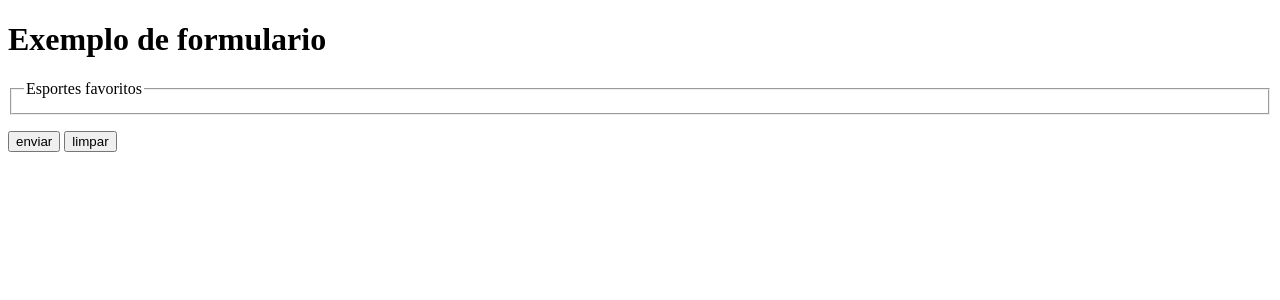
Repository: Lucianorodriguesdev/cursoHTML-CSS
Page: ex025/form005.html
An editor plug-in stored every save of this project. The page is shown before and after the next save, followed by the edit.
The browser window is 1280 px wide. The pictures show the whole page.

Above is the page before, as saved 2026-07-10 11:49:35.

After the next save:
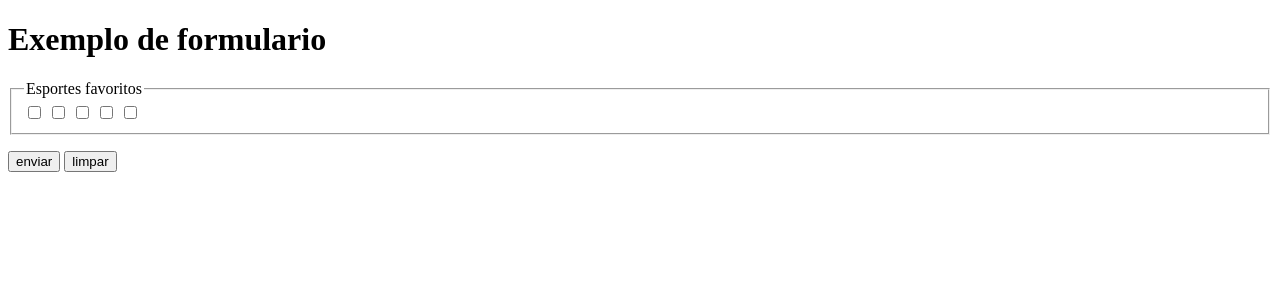
Saved 55 s later.
--- a/ex025/form005.html
+++ b/ex025/form005.html
@@ -10,6 +10,11 @@
     <form action="formulario.php" method="get" autocomplete="on">
         <fieldset>
             <legend>Esportes favoritos</legend>
+            <input type="checkbox" name="" id="">
+            <input type="checkbox" name="" id="">
+            <input type="checkbox" name="" id="">
+            <input type="checkbox" name="" id="">
+            <input type="checkbox" name="" id="">
         </fieldset>
 
         <p>
